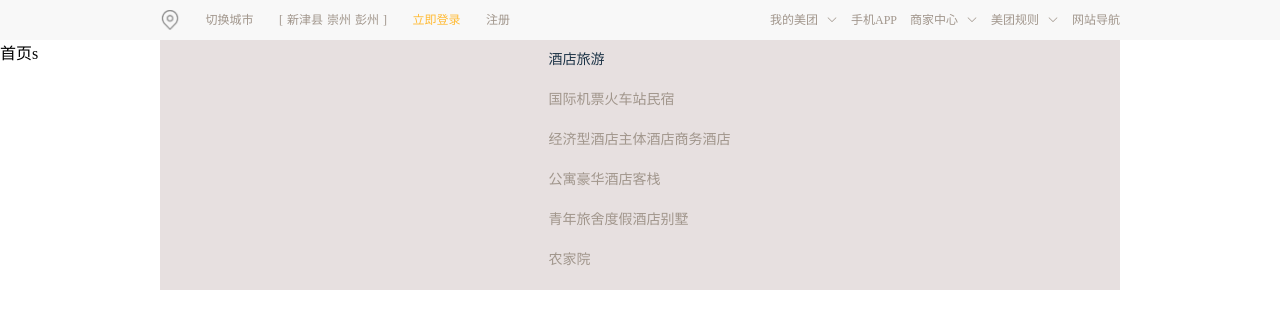
Repository: Wu-Tong-Xian/EasyMeituan
Page: /
An editor plug-in stored every save of this project. The page is shown before and after the next save, followed by the edit.
The browser window is 1280 px wide. The pictures show the whole page.
The page's requests for data from a server got no answer. The project was rebuilt for these pictures with package versions that can differ from the ones it lists, and the page was loaded fresh each time. No one was signed in, and anything a server would have sent is missing. Also part of the build but not shown: vue.config.js.

Above is the page before, as saved 2020-08-20 15:45:12.

After the next save:
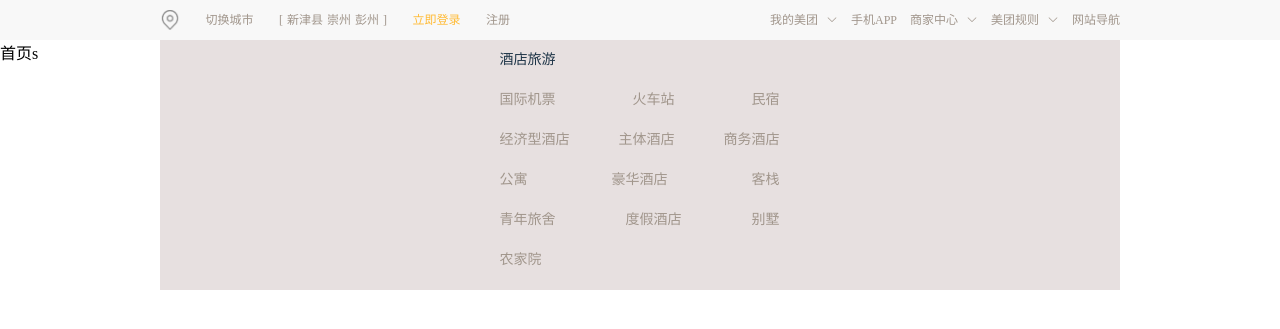
Saved 57 s later.
--- a/src/views/layout/layout.vue
+++ b/src/views/layout/layout.vue
@@ -71,22 +71,22 @@
             <div class="fl fz14  colg j-around">
               <div>
                 <div class="colb">酒店旅游</div>
-                <div class="fl ">
+                <div class="fl box1">
                   <div>国际机票</div>
                   <div >火车站</div>
                   <div>民宿</div>
                 </div>
-                <div class="fl">
+                <div class="fl box1">
                   <div>经济型酒店</div>
                   <div >主体酒店</div>
                   <div>商务酒店</div>
                 </div>
-                <div class="fl">
+                <div class="fl box1">
                   <div>公寓</div>
                   <div >豪华酒店</div>
                   <div>客栈</div>
                 </div>
-                <div class="fl">
+                <div class="fl box1">
                   <div>青年旅舍</div>
                   <div >度假酒店</div>
                   <div>别墅</div>
@@ -196,5 +196,8 @@
   height: 250px;
   background: rgb(231, 224, 224);
 }
-
+.box1 {
+  justify-content: space-between;
+  width: 280px;
+}
 </style>
